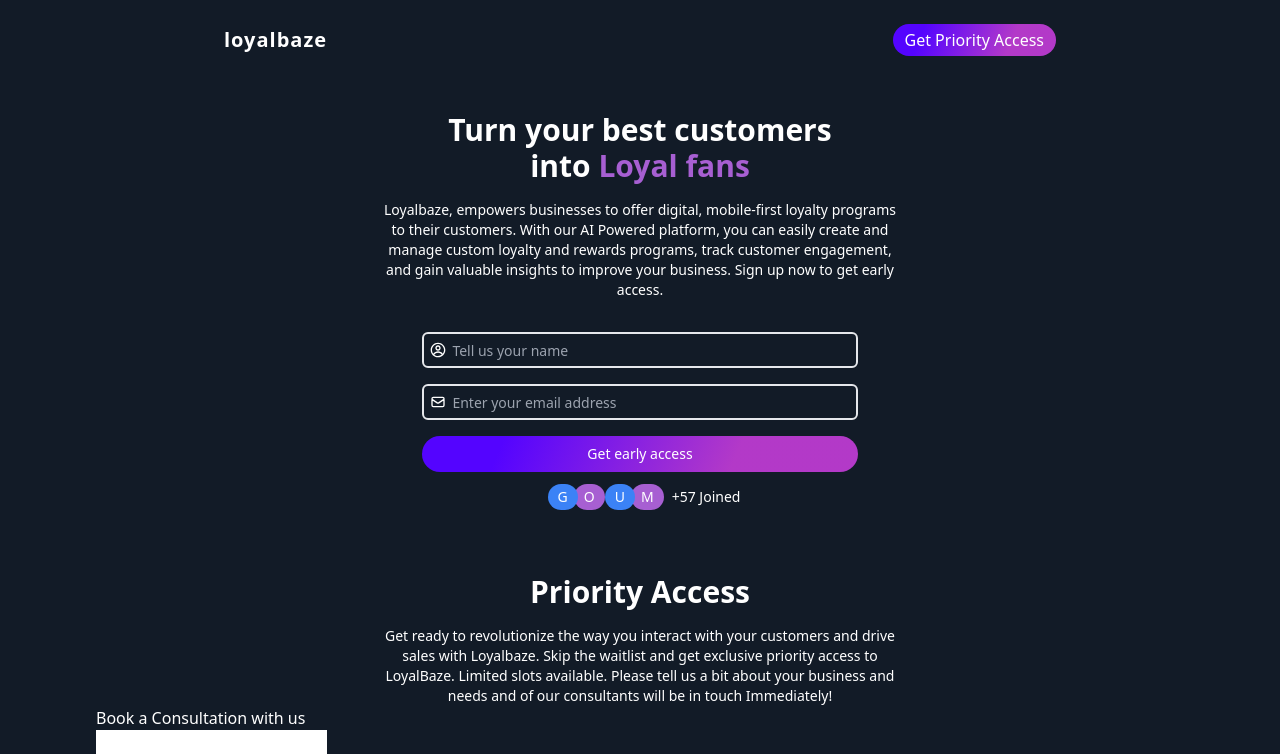
Repository: Jerified/loyalbaze
Page: /
The author's editor kept a copy of each file at every save. The page is drawn from the files as they stood at one save, then again after a run of saves.
The browser window is 1280 px wide. The pictures show the whole page.
The project was rebuilt for these pictures with package versions that can differ from the ones it lists, and the page was loaded fresh each time. The framework's server and built-in components were replaced by stand-ins that run in the browser. Also part of the build but not shown: next.config.js.

Above is the page before, as saved 2023-02-11 07:23:24.

### src/app/layout.tsx
import Header from '@/components/Header'

import './globals.css'
import Providers from './Providers';

export default function RootLayout({
  children,
}: {
  children: React.ReactNode
}) {
  return (
    <html lang="en">
      <head />
      <body>
          <Header />
          {children}
      </body>
    </html>
  );
}

### src/app/page.tsx
import Contents from "@/components/Contents";
import Form from "@/components/Form";


export default async function Home() {

  return  (
  <main className='max-w-6xl mx-auto px-8'>
    <Contents />
    <Form />
  </main>
  )
}

### src/components/Header.tsx

import { AiFillHome } from "react-icons/ai";
import { BsFillInfoCircleFill } from "react-icons/bs";
import Link from "next/link";

export default function Header() {
  return (
    <div className="flex justify-between px-8 max-w-4xl sm:mx-auto items-center py-6">
      <div className="text-xl font-semibold tracking-wider ">loyalbaze</div>

      <button className=" px-3 py-1 rounded-full bg-[linear-gradient(112.92deg,_#5404FF_18.35%,rgba(189,_59,_210,_0.94)_71.49%)]">
        <div className="bg-inherit">Get Priority Access</div>
      </button>
    </div>
  );
}

### src/app/globals.css
@tailwind base;
@tailwind components;
@tailwind utilities;

body{
  background-color: #121B27;
  color: white
}

### src/components/Contents.tsx
import React from 'react'
import {CgProfile} from 'react-icons/cg'
import { HiOutlineMail } from "react-icons/hi";

const Contents = () => {
  return (
    <div className="pt-8  pb-16">
      <h1 className="font-bold text-center text-3xl max-w-sm mx-auto ">
        Turn your best customers into{" "}
        <span className="text-[#A75FD2] ">Loyal fans</span>
      </h1>
      <p className="text-center pt-4 max-w-[22rem] md:max-w-lg mx-auto text-sm ">
        Loyalbaze, empowers businesses to offer digital, mobile-first loyalty
        programs to their customers. With our AI Powered platform, you can
        easily create and manage custom loyalty and rewards programs, track
        customer engagement, and gain valuable insights to improve your
        business. Sign up now to get early access.
      </p>
      <form action="" className="pt-8 grid place-items-center gap-4 pb-3">
        <div className="w-[80%] md:w-[60%] lg:w-[40%] relative flex items-center">
          <input
            type="text"
            className=" bg-inherit border-2 w-full rounded-md py-1 px-2 pl-7 placeholder:text-[14px] "
            placeholder="Tell us your name"
          />
          <CgProfile className="absolute left-2 top-[50%] -translate-y-[50%]" />
        </div>
        <div className="w-[80%] md:w-[60%] lg:w-[40%] relative flex items-center">
          <input
            type="text"
            className=" bg-inherit border-2 w-full rounded-md py-1 px-2 pl-7 placeholder:text-[14px] placeholder:pt-[-1px] "
            placeholder="Enter your email address"
          />
          <HiOutlineMail className="absolute left-2 top-[50%] -translate-y-[50%]" />
        </div>
        <button className="text-sm bg-[linear-gradient(112.92deg,_#5404FF_18.35%,rgba(189,_59,_210,_0.94)_71.49%)] rounded-full w-[80%] md:w-[60%] lg:w-[40%] py-2">
          Get early access
        </button>
      </form>
      <div className="flex relative text-sm justify-center items-center">
          <p className="bg-blue-500 rounded-full w-fit px-[10px] py-[3px] relative  left-2 z-10">
            G
          </p>
          <p className="bg-[#A75FD2] rounded-full w-fit px-[10px] py-[3px] relative left-1">
            O
          </p>
          <p className="bg-blue-500 rounded-full w-fit px-[10px] py-[3px] relative left-1">
            U
          </p>
          <p className="bg-[#A75FD2] rounded-full w-fit px-[10px] py-[3px]">
            M
          </p>
          <p className="pl-2 font-medium">+57 Joined</p>
      </div>
    </div>
  );
}

export default Contents

### src/components/Form.tsx
import React from 'react'

const Form = () => {
  return (
    <>
      <main className="">
        <div className="text-center">
          <h1 className="font-semibold text-3xl ">Priority Access</h1>
          <p className="pt-4 text-sm max-w-[22rem] md:max-w-lg mx-auto">
            Get ready to revolutionize the way you interact with your customers
            and drive sales with Loyalbaze. Skip the waitlist and get exclusive
            priority access to LoyalBaze. Limited slots available. Please tell
            us a bit about your business and needs and of our consultants will
            be in touch Immediately!
          </p>
        </div>
        <form action="" className="">
            <p className="">Book a Consultation with us</p>
            <input type="text" className="" />
        </form>
      </main>
    </>
  );
}

export default Form

### tailwind.config.js
/** @type {import('tailwindcss').Config} */
module.exports = {
  content: ["./src/**/*.{html,js,jsx,ts,tsx}"],
  theme: {
    extend: {},
  },
  plugins: [],
  darkMoode:"class"
}

After the next 2 saves:
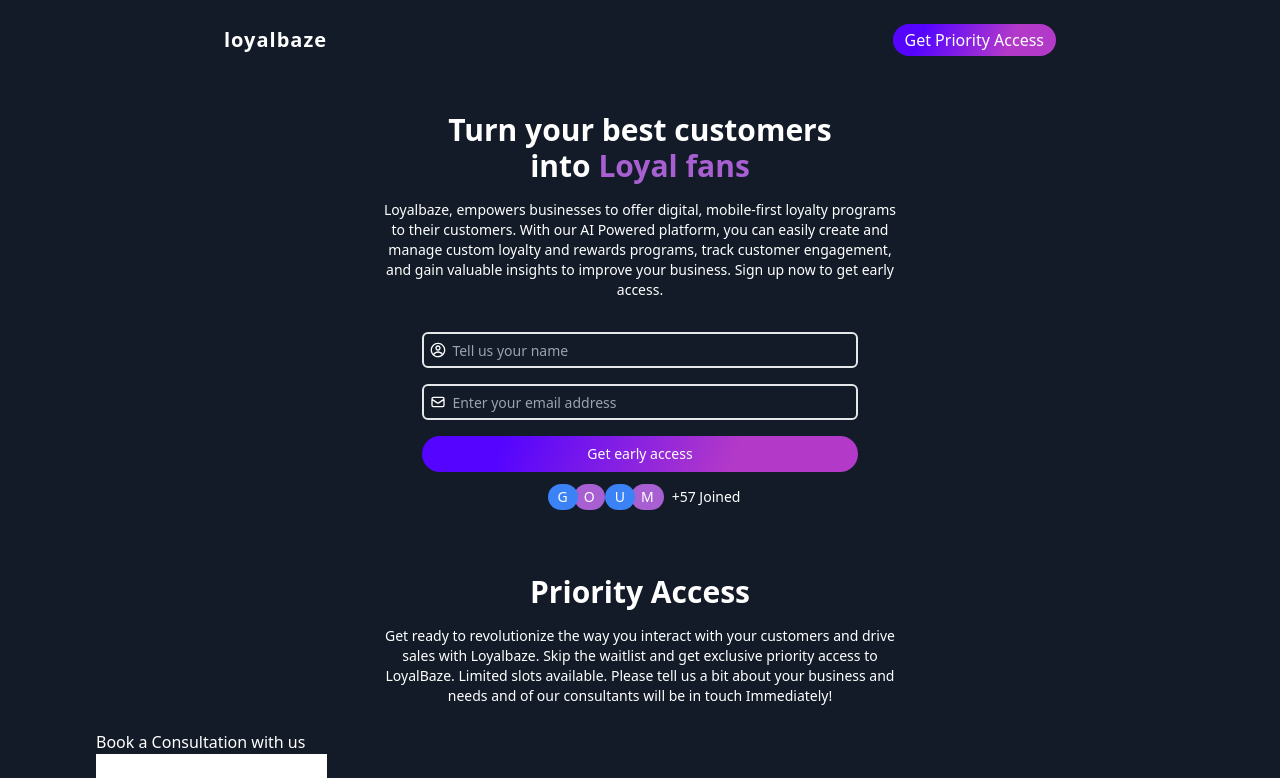
The 2 saves are shown as one change because they came seconds apart.
The last was saved 22 s later.
--- a/src/components/Form.tsx
+++ b/src/components/Form.tsx
@@ -14,7 +14,7 @@
             be in touch Immediately!
           </p>
         </div>
-        <form action="" className="">
+        <form action="" className="pt-6">
             <p className="">Book a Consultation with us</p>
             <input type="text" className="" />
         </form>
